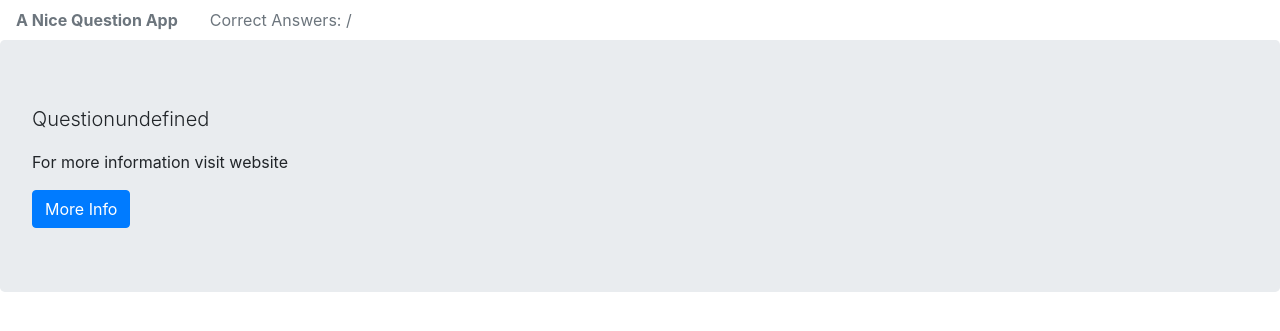
Repository: giovanicascaes/vue-quiz-app
Page: /
An editor plug-in stored every save of this project. The page is shown before and after the next save, followed by the edit.
The browser window is 1280 px wide. The pictures show the whole page.
The project was rebuilt for these pictures with package versions that can differ from the ones it lists, and the page was loaded fresh each time. Also part of the build but not shown: vue.config.js.

Above is the page before, as saved 2019-04-12 22:09:12.

After the next save:
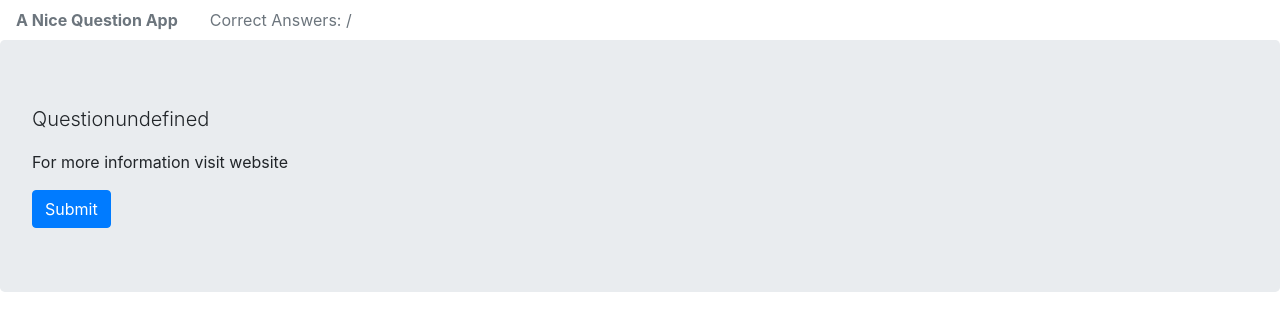
Saved 36 s later.
--- a/src/components/Questions.vue
+++ b/src/components/Questions.vue
@@ -1,7 +1,7 @@
 <template>
   <b-jumbotron :lead="'Question' + currentQuestionNumber">
     <p>For more information visit website</p>
-    <b-button variant="primary" href="#">More Info</b-button>
+    <b-button variant="primary" href="#">Submit</b-button>
   </b-jumbotron>
 </template>
 
